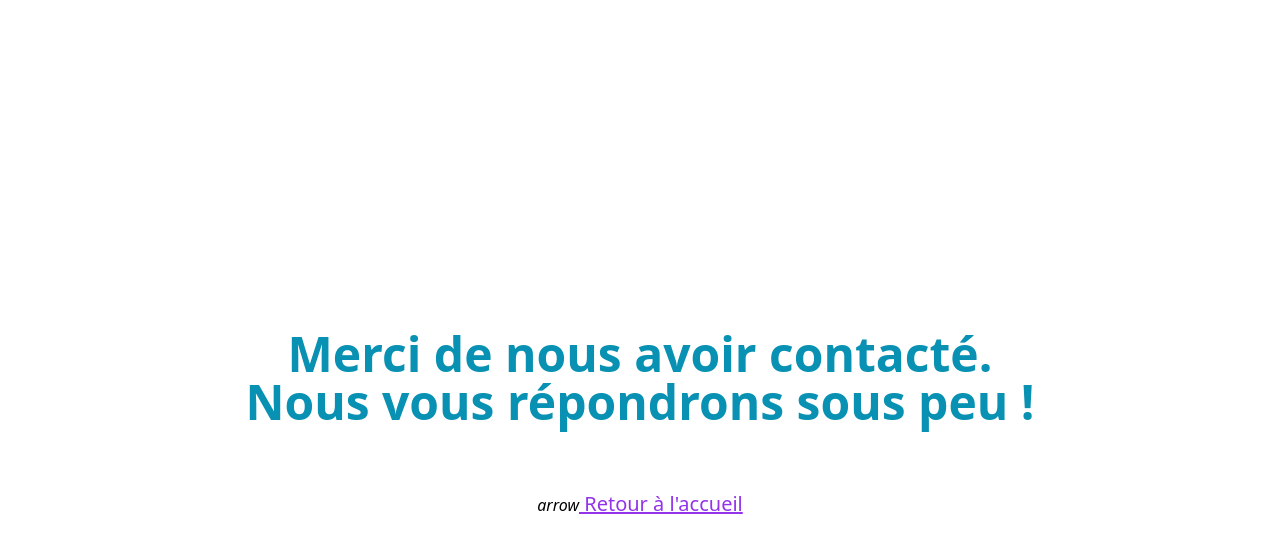
Repository: CarmenFerlatte/TP3__FerlatteCarmen
Page: confirmation.html
An editor plug-in stored every save of this project. The page is shown before and after the next save, followed by the edit.
The browser window is 1280 px wide. The pictures show the whole page.
Some web libraries are served in a nearby version. The style sheet was rebuilt from its Sass, Less or Tailwind sources for each picture, by a compiler version that may differ from the author's.

Above is the page before, as saved 2024-08-29 12:48:32.

### confirmation.html
<!DOCTYPE html>
<html lang="en">
<head>
    <meta charset="UTF-8">
    <meta name="viewport" content="width=device-width, initial-scale=1.0">
    <title>Confirmation</title>
    <script src="https://cdn.tailwindcss.com"></script>
    <link href="https://cdn.jsdelivr.net/npm/tailwindcss@2.2.19/dist/tailwind.min.css" rel="stylesheet">
    <link rel="stylesheet" href="https://cdnjs.cloudflare.com/ajax/libs/font-awesome/6.4.0/css/all.min.css">
    <link rel="stylesheet" href="style/css/style.css">
    <link rel="manifest" href="manifest.json">
    <link rel="icon" href="favicon.ico" type="image/x-icon">
    <meta name="description" content="Carmen Ferlatte, web designer et étudiante en développement web front-end. Présentation de mon portefolio et services de Webmestre.">
    <meta name="apple-mobile-web-app-capable" content="yes" >
    <meta name="apple-mobile-web-app-status-bar-style" content="black" >
    <meta name="apple-mobile-web-app-title" content="Portefolio" >
    <meta name="theme-color" content="black">
    <link rel="apple-touch-icon" href="img/icons/icon-192x192.png">
    <script src="https://code.jquery.com/jquery-3.6.0.min.js"></script>
</head>
<body>
    <main>
        <section class="flex max-w-screen-2x h-screen items-center justify-center">
            <div class="container">
                <div class="col-12 text-center">
                    <h1 class="text-center text-3xl lg:text-4xl xl:text-5xl font-bold pt-32 pb-4 md:pb-16 text-cyan-600">Merci de nous avoir contacté.<br> Nous vous répondrons sous peu !</h1>
                    <i class="">arrow</i><a class="cursor-pointer text-xl text-purple-600 underline hover:no-underline hover:text-cyan-600" href="index.html" title="Retour à la page d'accueil"> Retour à l'accueil</a>
                </div>
            </div>
    </main>
</body>
</html>

### style/sass/style.scss
@use "navbar" as *;
@use "caroussel" as *;
@use "animate" as *;
@use "option" as *;
@use "calendrier" as *;

### style/sass/_navbar.scss
@keyframes neon-pulse {
    0%, 100% {
        text-shadow: 0 0 5px #fff, 0 0 10px #fff, 0 0 15px #fff, 0 0 20px #0891b2, 0 0 35px #0891b2, 0 0 40px #0891b2, 0 0 50px #0891b2, 0 0 75px #0891b2;
    }
    50% {
        text-shadow: 0 0 2px #fff, 0 0 5px #fff, 0 0 7px #fff, 0 0 10px #0891b2, 0 0 17px #0891b2, 0 0 20px #0891b2, 0 0 25px #0891b2, 0 0 37px #0891b2;
    }
}

.neon-text {
    animation: neon-pulse 1.5s infinite alternate;
}

.bg-animated {
    background: linear-gradient(-45deg, #000000, #1a1a1a, #000033, #003366);
    background-size: 400% 400%;
    animation: gradient 15s ease infinite;
}

@keyframes gradient {
    0% { background-position: 0% 50%; }
    50% { background-position: 100% 50%; }
    100% { background-position: 0% 50%; }
}

.cyber-grid {
    background-image:
        linear-gradient(rgba(0, 255, 255, 0.1) 1px, transparent 1px),
        linear-gradient(90deg, rgba(0, 255, 255, 0.1) 1px, transparent 1px);
    background-size: 20px 20px;
    animation: cyber-grid-move 20s linear infinite;
}

@keyframes cyber-grid-move {
    0% { background-position: 0 0; }
    100% { background-position: 20px 20px; }
}



.nav-link {
    position: relative;
    overflow: hidden;

        &::before {
            content: '';
            position: absolute;
            bottom: 0;
            left: 0;
            width: 100%;
            height: 2px;
            background-color: #0891b2;
            transform: translateX(-100%);
            transition: transform 0.3s ease;
        }

       &:hover::before {
            transform: translateX(0);
        }

        &::after {
            content: attr(data-text);
            position: absolute;
            top: 0;
            left: 0;
            width: 100%;
            height: 100%;
            display: flex;
            align-items: center;
            justify-content: center;
            transform: translateY(100%);
            background: linear-gradient(to bottom, #0891b2, rgb(103, 232, 249));
            -webkit-background-clip: text;
            background-clip: text;
            -webkit-text-fill-color: transparent;
            transition: transform 0.3s ease;
        }

        &:hover::after {
            transform: translateY(0);
        }
}


.glitch-effect {
    position: relative;

    &::before,
    &::after {
        content: attr(data-text);
        position: absolute;
        top: 0;
        left: 0;
        width: 100%;
        height: 100%;
        opacity: 0.8;
    }

    &::before {
        left: 2px;
        text-shadow: -2px 0 rgb(236, 72, 153);
        clip: rect(24px, 550px, 90px, 0);
        animation: glitch-anim 3s infinite linear alternate-reverse;
    }

    &::after {
        left: -2px;
        text-shadow: -2px 0 #0891b2;
        clip: rect(85px, 550px, 140px, 0);
        animation: glitch-anim 2s infinite linear alternate-reverse;
    }

}



@keyframes glitch-anim {
    0% { clip: rect(39px, 9999px, 71px, 0); }
    20% { clip: rect(3px, 9999px, 5px, 0); }
    40% { clip: rect(6px, 9999px, 38px, 0); }
    60% { clip: rect(13px, 9999px, 43px, 0); }
    80% { clip: rect(44px, 9999px, 93px, 0); }
    100% { clip: rect(54px, 9999px, 47px, 0); }
}

#menu-toggle {
    &:checked {
        ~ .menu {
            display: block;
        }

        ~ .menu-icon {
            .hamburger {
                transform: rotate(45deg);

                &::before {
                    transform: translateY(8px) rotate(90deg);
                }

                &::after {
                    transform: translateY(-8px) rotate(90deg);
                }
            }
        }
    }
}

.hamburger,
.hamburger::before,
.hamburger::after {
    content: '';
    display: block;
    background: #0891b2;
    height: 3px;
    width: 30px;
    transition: transform 0.5s cubic-bezier(0.23, 1, 0.32, 1);
}

.hamburger {
    &::before {
        transform: translateY(-8px);
    }

    &::after {
        transform: translateY(8px);
    }
}

@media (max-width: 768px) {
    .menu {
        position: fixed;
        top: 60px;
        left: 0;
        right: 0;
        width: 100%;
        height: 0;
        background: rgba(0, 0, 0, 0.9);
        overflow: hidden;
        transition: height 0.5s cubic-bezier(0.23, 1, 0.32, 1);
        text-align: right;
        padding-right: 20px;
        padding-top: 20px;

        a {
            display: block;
            font-size: 1.2rem;
            padding: 10px 0;
            text-decoration: underline 2px #0891b2;

            &:hover {
                color: #0891b2;
                text-decoration: none;
                cursor: pointer;
            }
        }
    }

    #menu-toggle:checked ~ .menu {
        height: calc(100vh - 60px);
    }
}

@media (max-width: 640px) {
    .no-glitch {
        animation: none !important;
    }
}

/*-------------Invisible Navbar-------------*/

.navbar-hidden {
    transform: translateY(-100%);
    transition: transform 0.3s ease-in-out;
}

### style/sass/_caroussel.scss
.carousel-control {
    position: absolute;
    top: 0;
    z-index: 30;
    display: flex;
    align-items: center;
    justify-content: center;
    height: 100%;
    padding: 0 1rem;
    cursor: pointer;
    outline: none;

    &-prev {
    left: 0;
    }

    &-next {
    right: 0;
    }

    span {
    display: inline-flex;
    align-items: center;
    justify-content: center;
    width: 2.5rem;
    height: 2.5rem;
    border-radius: 50%;
    background-color: rgba(0, 0, 0, 0.3);
    transition: background-color 0.3s;

        &:hover {
        background-color: rgba(0, 0, 0, 0.5);
        }

        svg {
        width: 1rem;
        height: 1rem;
        color: white;
        }

        .sr-only {
        position: absolute;
        width: 1px;
        height: 1px;
        padding: 0;
        margin: -1px;
        overflow: hidden;
        clip: rect(0, 0, 0, 0);
        border: 0;
        }

    }
}

### style/sass/_animate.scss
@keyframes slide-in-right {
  0% {
    transform: translateX(100%);
    opacity: 0;
  }
  100% {
    transform: translateX(0);
    opacity: 1;
  }
}

.animate-slide-in-right {
  animation: slide-in-right 0.5s ease-out forwards;
}

### style/sass/_option.scss
/*---------- Menu sélectionné ----------*/

.custom-select option:hover {
    background-color: #0891b2;
}

### style/sass/_calendrier.scss

.calendar-iframe {
  border: 0;
  width: 100%;
  height: 650px;

}

After the next save:
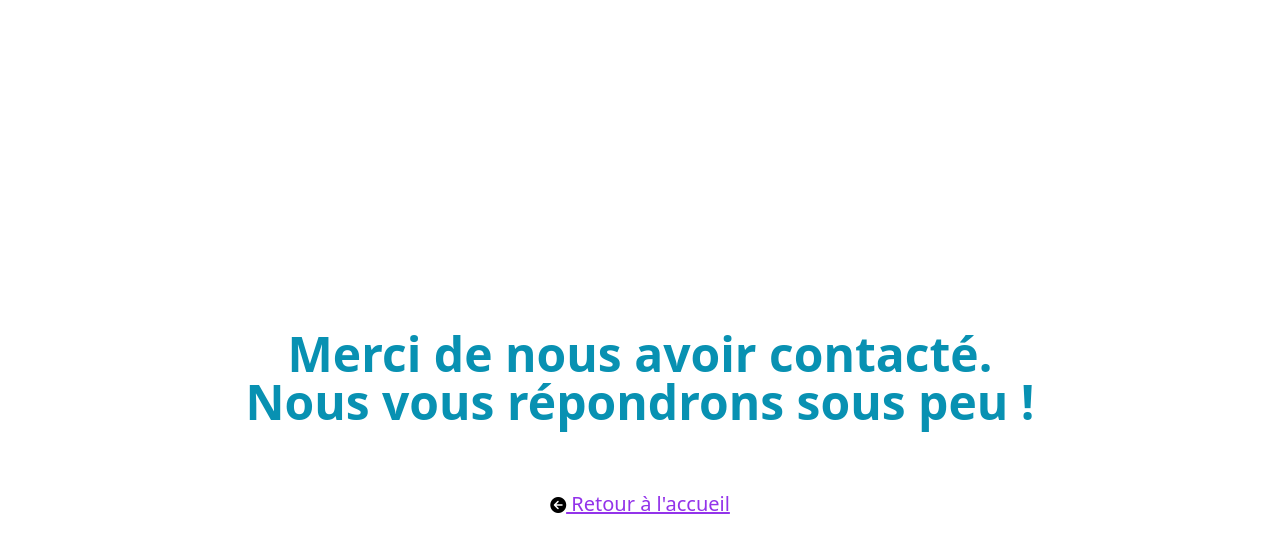
Saved 7 s later.
--- a/confirmation.html
+++ b/confirmation.html
@@ -24,7 +24,7 @@
             <div class="container">
                 <div class="col-12 text-center">
                     <h1 class="text-center text-3xl lg:text-4xl xl:text-5xl font-bold pt-32 pb-4 md:pb-16 text-cyan-600">Merci de nous avoir contacté.<br> Nous vous répondrons sous peu !</h1>
-                    <i class="">arrow</i><a class="cursor-pointer text-xl text-purple-600 underline hover:no-underline hover:text-cyan-600" href="index.html" title="Retour à la page d'accueil"> Retour à l'accueil</a>
+                    <i class=""><i class="fa fa-arrow-circle-left" aria-hidden="true"></i></i><a class="cursor-pointer text-xl text-purple-600 underline hover:no-underline hover:text-cyan-600" href="index.html" title="Retour à la page d'accueil"> Retour à l'accueil</a>
                 </div>
             </div>
     </main>
